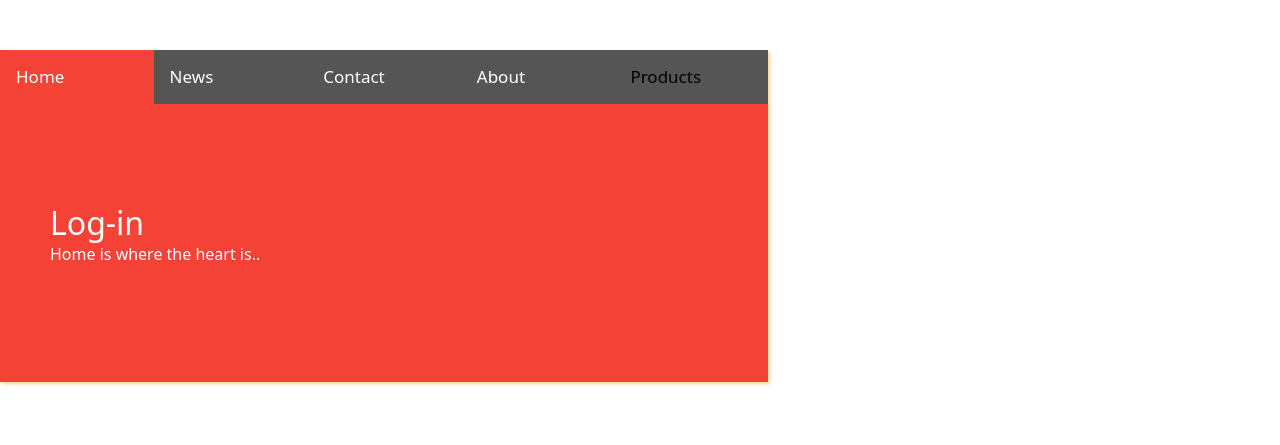
Repository: JasonMorta/basicPlus-rouets
Page: /
These files come from the project's save history. The page is drawn as it stood at one moment and after the next save; the edit follows.
The browser window is 1280 px wide. The pictures show the whole page.
Some web fonts or font styles are not loaded; a fallback is used. The project was rebuilt for these pictures with package versions that can differ from the ones it lists, and the page was loaded fresh each time. Also part of the build but not shown: src/pages/news.css, src/pages/News.jsx, src/pages/About.jsx, src/pages/Hooks/UseRefHook.jsx, src/pages/Contact.jsx, src/pages/List.jsx, src/pages/Products.jsx.

Above is the page before, as saved 2023-04-01 08:37:04.

After the next save:
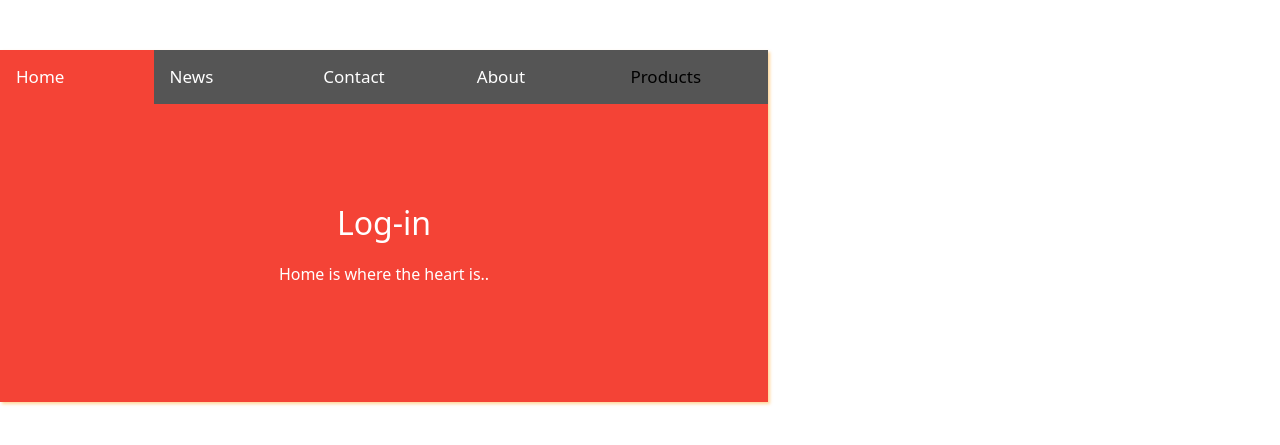
Saved 4 min 16 s later.
--- a/src/App.css
+++ b/src/App.css
@@ -93,9 +93,9 @@
 .inner-content {
   padding: 0rem 3.125rem;
   display: flex;
-
   flex-direction: column;
-  align-items: flex-start;
+  align-items: center;
+  gap: 20px;
 }
 
 .inner-content h3{
